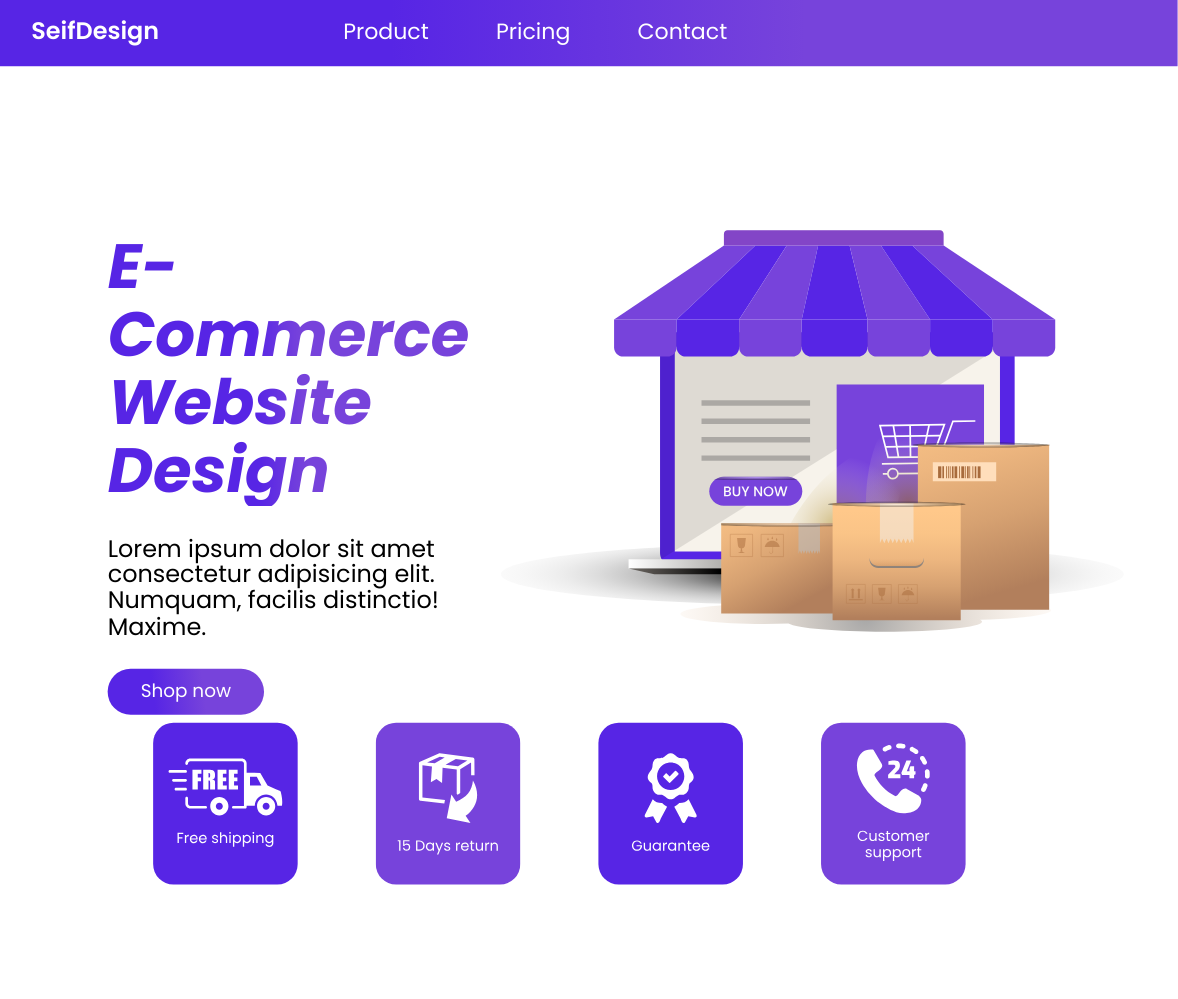
Repository: NatiqSamiyev/commers-desing-JS
Page: index.html
An editor plug-in stored every save of this project. The page is shown before and after the next save, followed by the edit.
The browser window is 1280 px wide. The pictures show the whole page, at 92% of full size.
Some web fonts or font styles are not loaded; a fallback is used.

Above is the page before, as saved 2023-11-06 11:35:40.

### index.html
<!DOCTYPE html>
<html lang="en">
  <head>
    <meta charset="UTF-8" />
    <meta name="viewport" content="width=device-width, initial-scale=1.0" />
    <title>Document</title>
    <link rel="stylesheet" href="index.css" />
  </head>
  <body>
    <div class="commerse-design-container">
      <div class="top-container">
        <h1>SeifDesign</h1>

        <nav>
          <ul>
            <li>
              <a href="#">Product</a>
            </li>
            <li>
              <a href="#">Pricing</a>
            </li>
            <li>
              <a href="#">Contact</a>
            </li>
          </ul>
        </nav>


      </div>

      <main>
        <div class="image-container">
          <div class="box-1">
            <h2>E-Commerce Website Design</h2>
            <p>
              Lorem ipsum dolor sit amet consectetur adipisicing elit. Numquam,
              facilis distinctio! Maxime.
            </p>
            <button>
              <a href="#">Shop now</a>
            </button>
          </div>

          <div class="box-2">
            <img src="./image/Group.svg" alt="" />
          </div>
        </div>


        <div class="bottom-container">
          <div class="box-1">
            <img src="./image/Frame 12.svg" alt="" />
            <img src="./image/Frame 11.svg" alt="" />
          </div>
         <div class="box-2">
          <img src="./image/Frame 10.svg" alt="" />
          <img src="./image/Frame 13.svg" alt="" />
         </div>

        </div>
      </main>


  </body>
  <script src="./index.js"></script>
</html>

### index.css
@import url("https://fonts.googleapis.com/css2?family=Epilogue:wght@400;600;700;800;900&family=Inter:wght@400;500;600;700&family=Laila:wght@700&family=Open+Sans:wght@400;600;700;800&family=Poppins:ital,wght@0,400;0,500;0,600;0,700;1,700&family=Roboto+Slab:wght@700&family=Roboto:wght@400;700;900&display=swap");

* {
  margin: 0;
  padding: 0;
  box-sizing: border-box;
}

.commerse-design-container {
  width: 100%;
  padding: 0 0 33px 0;
  min-height: 100vh;
}

.top-container {
  width: 100%;
  padding: 16px 0 21px 34px;
  height: 72px;
  display: flex;
  justify-content: flex-start;
  align-items: center;
  background: linear-gradient(270deg, #7743db 31.64%, #5725e5 66.78%);
}

.top-container h1 {
  color: #fff;
  font-family: Poppins;
  font-size: 26px;
  font-style: normal;
  font-weight: 600;
  line-height: normal;
}

.top-container nav {
  margin-left: 200px;
}

.top-container nav ul {
  display: flex;
}

.top-container nav ul li {
  margin-right: 73px;
  list-style-type: none;
}

.top-container nav ul li a {
  text-decoration: none;
  color: #fff;
  text-align: center;
  font-family: Poppins;
  font-size: 24px;
  font-style: normal;
  font-weight: 300;
  line-height: normal;
}



main {
  width: 100%;
  padding: 80px 83px;

}
main .image-container{
  margin-top: 98px;
  margin-bottom: 83px;
  display: flex;
  justify-content: space-between;
}

main .image-container .box-1 {
  padding: 3px 34px;
  height: 403px;
}

.box-1 h2 {
  margin-bottom: 32px;
  font-family: Poppins;
  font-size: 68px;
  font-style: italic;
  font-weight: 700;
  line-height: 109%;
  background: linear-gradient(268deg, #7743db 46.2%, #5725e5 59.09%);
  background-clip: text;
  -webkit-background-clip: text;
  -webkit-text-fill-color: transparent;
}

.box-1 p {
  margin-bottom: 32px;
  color: #000;
  font-family: Poppins;
  font-size: 26px;
  font-style: normal;
  font-weight: 300;
  line-height: 109%;
}

.box-1 button {
  width: 170px;
  height: 50px;
  padding: 0px 24px;
  display: flex;
  justify-content: center;
  align-items: center;
  gap: 10px;
  border-radius: 25px;
  background: linear-gradient(263deg, #7743db 38.81%, #5725e5 70.24%);
  border: none;
}

.box-1 button a {
  text-decoration: none;
  color: #fff;
  font-family: Poppins;
  font-size: 20px;
  font-style: normal;
  font-weight: 400;
  line-height: 109%;
}

.box-2 img {
  width: 677.61px;
  height: 437.417px;
}

.bottom-container {
  display: flex;
  justify-content: center;
}

.bottom-container img {
  margin-right: 64px;
  width: 178px;
  height: 199px;
  padding: 10px;
  border-radius: 25px;
}
.bottom-container .box-1{
  display: flex;
}

.bottom-container .box-2{
  display: flex;
}
/* mobile design */

@media screen and (max-width: 768px) {
  .commerse-design-container {
    background-color: #ececec;
  }

  .top-container {
    padding: 17.5px 20px;
    justify-content: space-between;
  }

  .top-container h1 {
    font-size: 18px;
  }

  .top-container nav {
    display: none;
  }

  .top-container form {
    width: 37px;
    display: flex;
    flex-direction: column;
  }

  .top-container form label {
    height: 10px;
  }

  .top-container form input {
    width: 37px;
    height: 5px;
    margin-bottom: 2px;
    border-radius: 3px;
    border: none;
  }

  main {
    margin-top: 111px;
    margin-bottom: 0;

  }

  .box-2 {
    margin-bottom: 29px;
    display: flex;
    justify-content: center;
    align-items: center;
  }
 .image-container {
  flex-direction: column-reverse;
 }
  .box-2 img {
    width: 352px;
    height: 256.511px;
  }

 .image-container .box-1 {
    width: 100%;
    padding: 0;
    height: 312px;
    display: flex;
    justify-content: center;
    flex-direction: column;
    align-items: center;
  }

 .image-container .box-1 h2 {
    width: 390px;
    text-align: center;
    font-size: 40px;
  }

  .box-1 p {
    width: 332px;
    text-align: center;
    font-size: 20px;
  }

  .bottom-container {
    margin: auto;
    width: 345px;
    margin-top: 46px;
    display: flex;
    height: 431px;
    flex-direction: column;
    justify-content: center;
    align-items: center;
    gap: 20px;
    flex-wrap: wrap;
  }

  .bottom-container img {
    width: 160px;
    height: 180px;
    padding: 0;
    margin-right: 0;
  }

  .box-1 button {
    margin-bottom: 0;
  }
}

Loaded but not shown: index.js (no stored copy; drawn as an empty file)

After the next save:
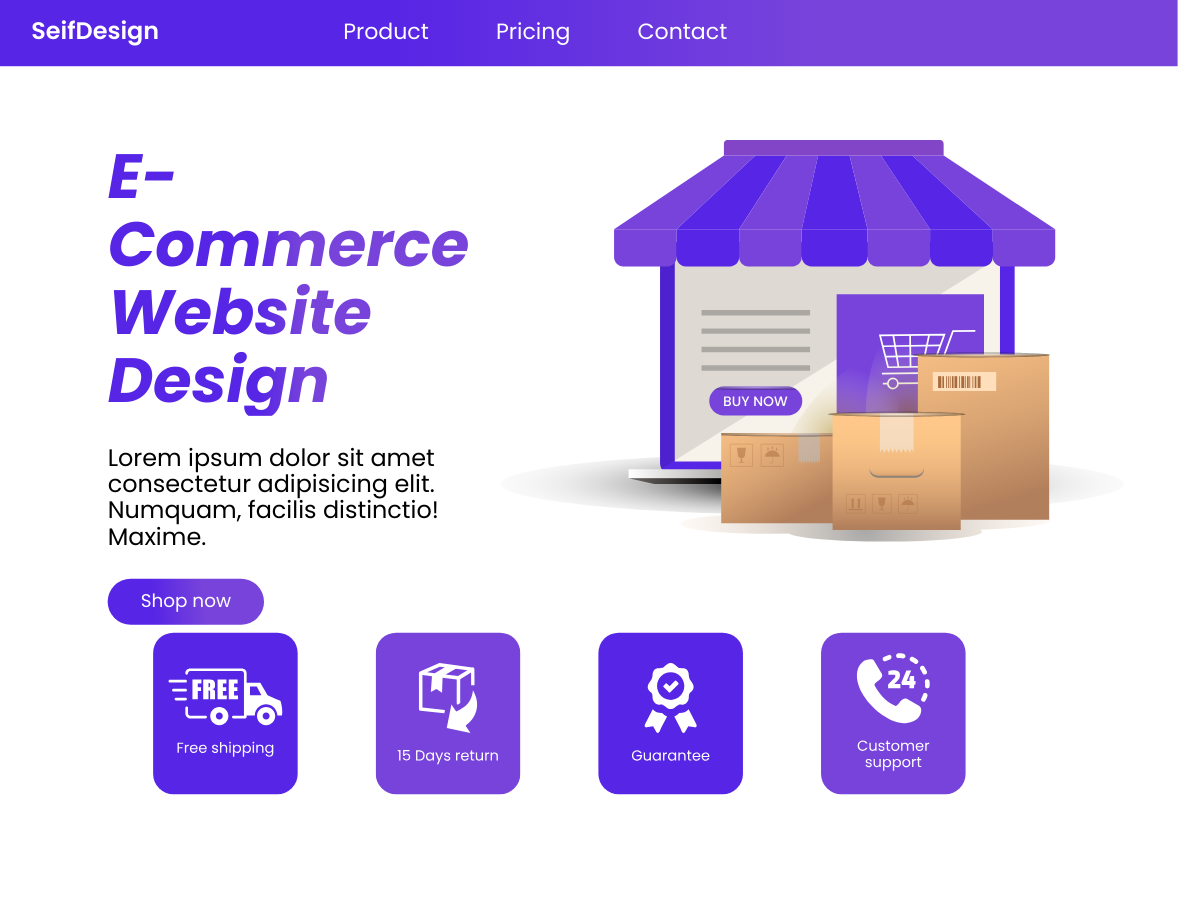
Saved 4 s later.
--- a/index.css
+++ b/index.css
@@ -63,7 +63,6 @@ main {
 
 }
 main .image-container{
-  margin-top: 98px;
   margin-bottom: 83px;
   display: flex;
   justify-content: space-between;
